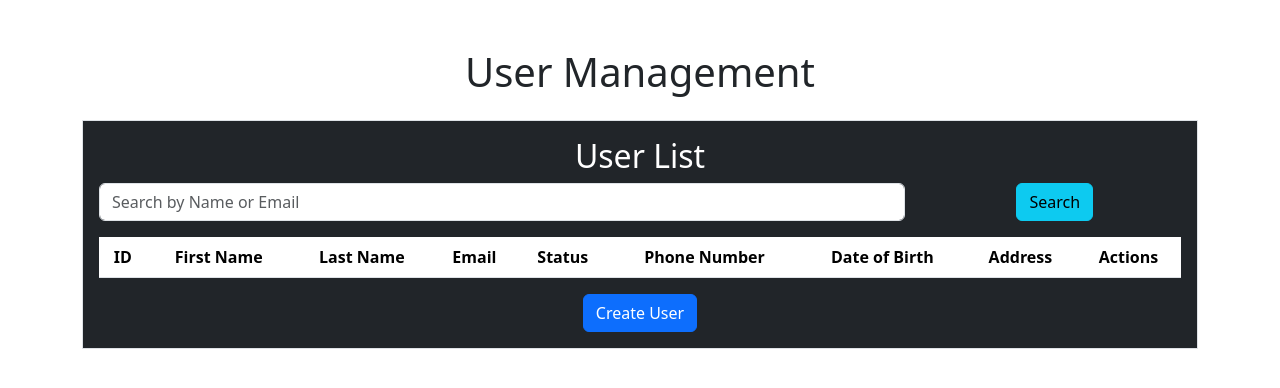
Repository: nairshreejith/reactstudent3
Page: /
These files come from the project's save history. The page is drawn as it stood at one moment and after the next save; the edit follows.
The browser window is 1280 px wide. The pictures show the whole page.
The page's requests for data from a server got no answer. The project was rebuilt for these pictures with package versions that can differ from the ones it lists, and the page was loaded fresh each time. No one was signed in, and anything a server would have sent is missing.

Above is the page before, as saved 2023-09-15 17:54:16.

After the next save:
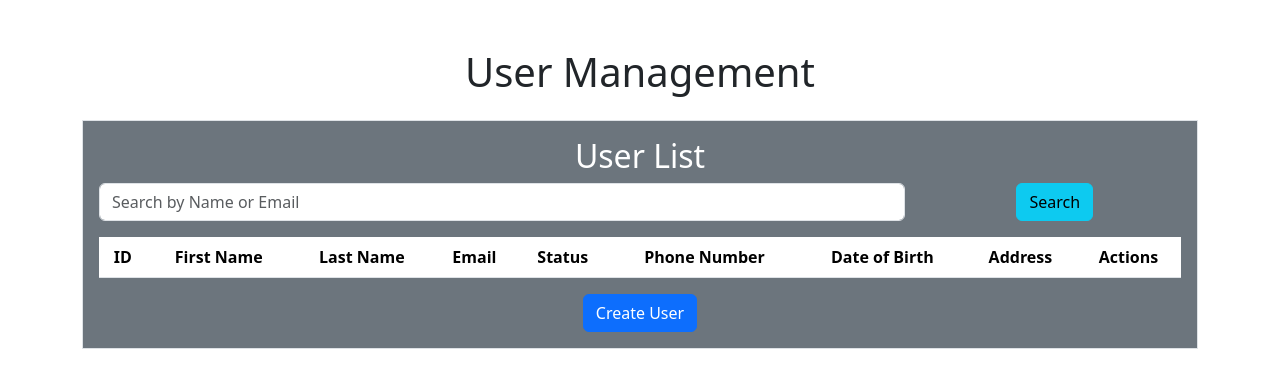
Saved 54 min 32 s later.
--- a/src/App.js
+++ b/src/App.js
@@ -80,7 +80,7 @@ function App() {
   return (
     <div className="App container mt-5">
       <h1 className="mb-4">User Management</h1>
-      <div className="border bg-dark text-white p-3 mb-4">
+      <div className="border bg-secondary text-white p-3 mb-4">
         <h2>User List</h2>
         <div className="mb-3">
           <div className="row">
